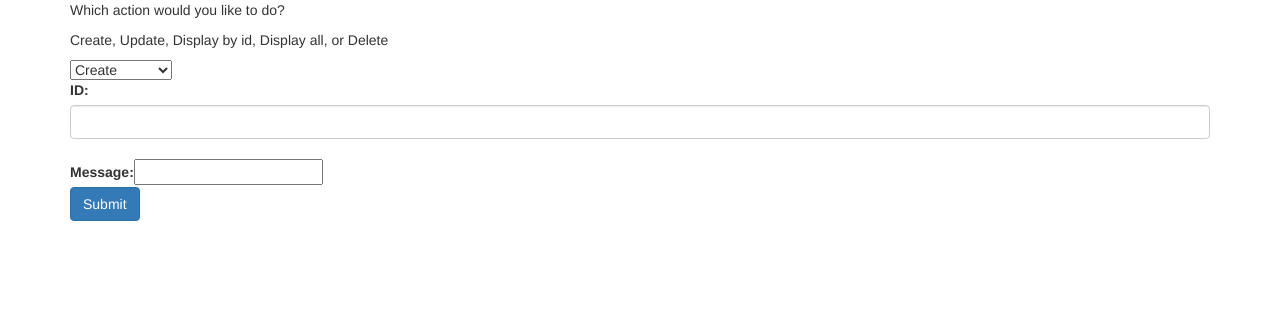
Repository: kddean/Lab3
Page: ToDoSystem-SinglePage/WebContent/ToDo.html
These files come from the project's save history. The page is drawn as it stood at one moment and after the next save; the edit follows.
The browser window is 1280 px wide. The pictures show the whole page.

Above is the page before, as saved 2016-03-25 19:54:47.
Console error: SyntaxError: Unexpected token 'var'

### ToDoSystem-SinglePage/WebContent/ToDo.html
<!DOCTYPE html>
<html>
<head>
<!-- <meta charset="ISO-8859-1"> -->
<meta charset="utf-8">
<meta name="viewport" content="width=device-width, initial-scale=1">
<link rel="stylesheet" href="http://maxcdn.bootstrapcdn.com/bootstrap/3.3.6/css/bootstrap.min.css">
<script src="https://ajax.googleapis.com/ajax/libs/jquery/1.12.0/jquery.min.js"></script>
<script src="http://maxcdn.bootstrapcdn.com/bootstrap/3.3.6/js/bootstrap.min.js"></script>
<title>ToDoSystem</title>
</head>
<body>
<div class="container">
<form name = "ToDoForm" method ="post" action ="ToDoServlet">
	<div class="form-group">
	<p>Which action would you like to do?</p>
	<p>Create, Update, Display by id, Display all, or Delete</p>

	<select name="actions">
		<option value="create">Create</option>
  		<option value="update">Update</option>
  		<option value="displayid">Display by id</option>
  		<option value="displayall">Display all</option>
 		<option value="delete">Delete</option>
	</select>
	<br>
	<label>ID:</label><input type="text" class="form-control" name="id">
	<br>
	<label>Message:</label><input type="text" class="form-contorl" name="message">
	<br>
	<button type="submit" onclick="loadDoc()" class="btn btn-primary">Submit</button>
	</div>
</form>
</div>

<script type="text/javascript">
function loadDoc()
	var xhttp = new XMLHttpRequest();
	xhttp.onreadystatechange = function(){
		if (xhttp.readyState == 4 && xhttp.status == 200) {
		      document.getElementById("demo").innerHTML = xhttp.responseText;
		    }
	};
	  xhttp.open("POST", "ToDo.html", true);
	  xhttp.setRequestHeader("Content-type", "application/x-www-form-urlencoded");
	  xhttp.send();
</script>
</body>
</html>

After the next save:
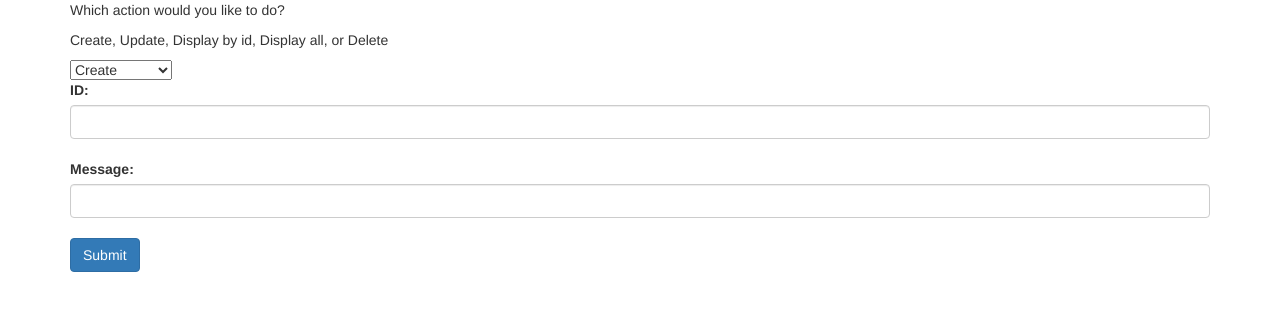
Saved 35 s later.
--- a/ToDoSystem-SinglePage/WebContent/ToDo.html
+++ b/ToDoSystem-SinglePage/WebContent/ToDo.html
@@ -26,7 +26,7 @@
 	<br>
 	<label>ID:</label><input type="text" class="form-control" name="id">
 	<br>
-	<label>Message:</label><input type="text" class="form-contorl" name="message">
+	<label>Message:</label><input type="text" class="form-control" name="message">
 	<br>
 	<button type="submit" onclick="loadDoc()" class="btn btn-primary">Submit</button>
 	</div>
